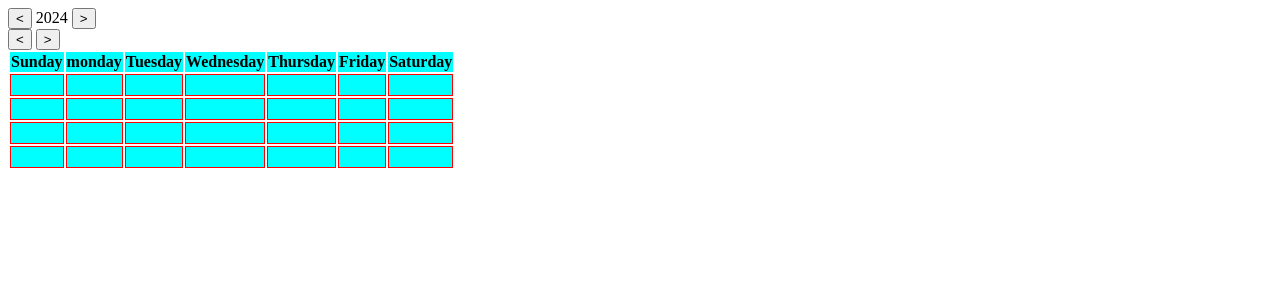
Repository: fateme81yosefi/calendar
Page: index.html
These files come from the project's save history. The page is drawn as it stood at one moment and after the next save; the edit follows.
The browser window is 1280 px wide. The pictures show the whole page.

Above is the page before, as saved 2024-05-30 14:01:32.
Console error: ReferenceError: a is not defined

### index.html
<!DOCTYPE html>

<html>

<head>
  <title>calendar</title>
  <link rel="icon" type="image/x-icon" href="/images/fav.png">
  <link rel="stylesheet" href="styles.css">

</head>

<body>

  <div class="container-calendar">
    <div class="contain-year" id="year">
      <button>
        < </button>
          2024
          <button>></button>

    </div>
    <div class="contain-month" id="month">
      <button>
        < </button>

          <button>></button>

    </div>
    <table>
      <tr>
        <th>Sunday</th>
        <th>monday</th>
        <th>Tuesday</th>
        <th>Wednesday </th>
        <th>Thursday</th>
        <th>Friday</th>
        <th>Saturday</th>
      </tr>

      <tr>
        <td id="1-1"> </td>
        <td id="1-2"> </td>
        <td id="1-3"> </td>
        <td id="1-4"> </td>
        <td id="1-5"> </td>
        <td id="1-6"> </td>
        <td id="1-7"> </td>
      </tr>

      <tr>
        <td id="2-1"> </td>
        <td id="2-2"> </td>
        <td id="2-3"> </td>
        <td id="2-4"> </td>
        <td id="2-5"> </td>
        <td id="2-6"> </td>
        <td id="2-7"> </td>
      </tr>

      <tr>
        <td id="3-1"> </td>
        <td id="3-2"> </td>
        <td id="3-3"> </td>
        <td id="3-4"> </td>
        <td id="3-5"> </td>
        <td id="3-6"> </td>
        <td id="3-7"> </td>
      </tr>

      <tr>
        <td id="4-1"> </td>
        <td id="4-2"> </td>
        <td id="4-3"> </td>
        <td id="4-4"> </td>
        <td id="4-5"> </td>
        <td id="4-6"> </td>
        <td id="4-7"> </td>
      </tr>
    </table>
  </div>



  <script src="/scripts.js"></script>

</body>

</html>

### styles.css
tr{
    background-color: aqua;
    border: 1px solid red;
    padding: 10px;
    margin: 2px;
}
td{
    background-color: aqua;
    border: 1px solid red;
    padding: 10px;
    margin: 2px;
}

### scripts.js




function calculator() {
    const d = new Date();
    m = d.getMonth()
    y = d.getFullYear()
    day = d.getDate()

    switch(a){
        case 1: b = "January";
            break;
        case 2: b = "February";
            break;
        case 3: b = "March";
            break;
        case 4: b = "April";
            break;
        case 5: b = "May";
            break;
        case 6: b = "June";
            break;
        case 7: b = "July";
            break;
        case 8: b = "August";
            break;
        case 9: b = "September";
            break;
        case 10: b = "October";
            break;
        case 11: b = "November";
            break;
        case 12: b = "December";
            break;
        }

    document.getElementById("month").innerHTML = day

    // weekday = #column
    if (day <= 7 || day >= 29) {
        row = 1
        x = "1-" + weekday
        document.getElementById(x).innerHTML = day
    } else if (day <= 14) {
        row = 2
        x = "2-" + weekday
        document.getElementById(x).innerHTML = day
    } else if (day <= 21) {
        row = 3
        x = "3-" + weekday
        document.getElementById(x).innerHTML = day
    } else if (day <= 28) {
        row = 4
        x = "4-" + weekday
        document.getElementById(x).innerHTML = day
    }


}

calculator()

After the next save:
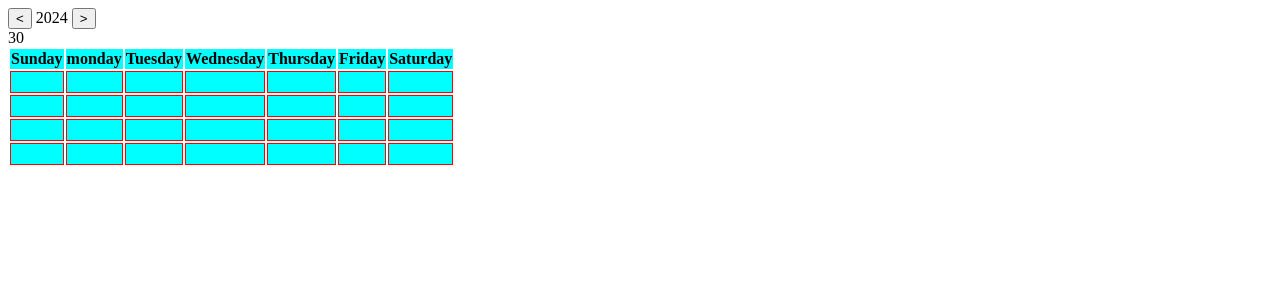
Console error: ReferenceError: weekday is not defined
Saved 5 s later.
--- a/scripts.js
+++ b/scripts.js
@@ -8,7 +8,7 @@ function calculator() {
     y = d.getFullYear()
     day = d.getDate()
 
-    switch(a){
+    switch(m){
         case 1: b = "January";
             break;
         case 2: b = "February";
